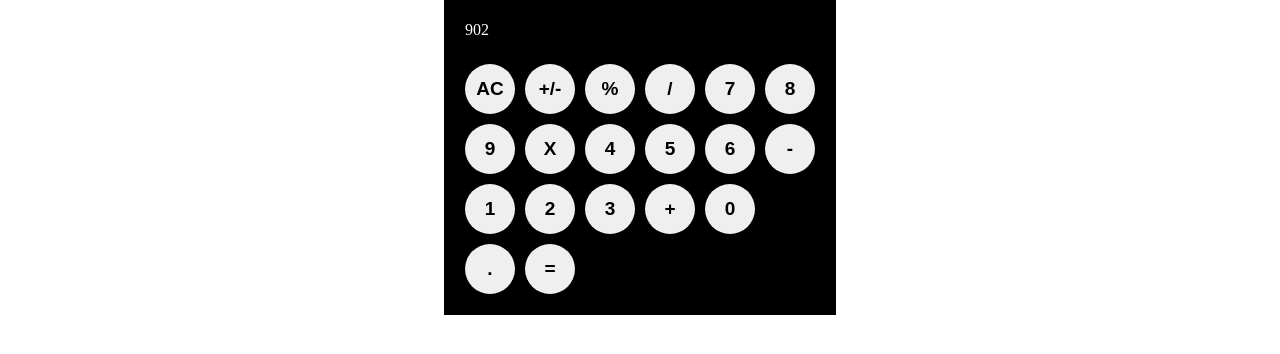
Repository: dmpelaez/calculator
Page: Calculator.html
The author's editor kept a copy of each file at every save. The page is drawn from the files as they stood at one save, then again after the next save.
The browser window is 1280 px wide. The pictures show the whole page.

Above is the page before, as saved 2025-12-15 19:58:20.

After the next save:
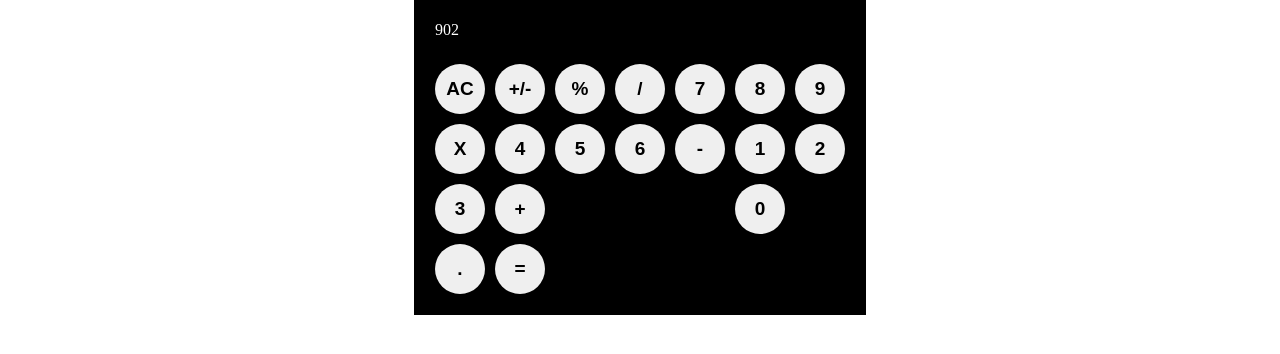
Saved 9 s later.
--- a/Calculator.css
+++ b/Calculator.css
@@ -37,5 +37,5 @@ background: black;
   Font-size: 19px;
 }
 .zero {
-  grid-column: 5 / 2 span;
+  grid-column: 6 / 2 span;
 }
